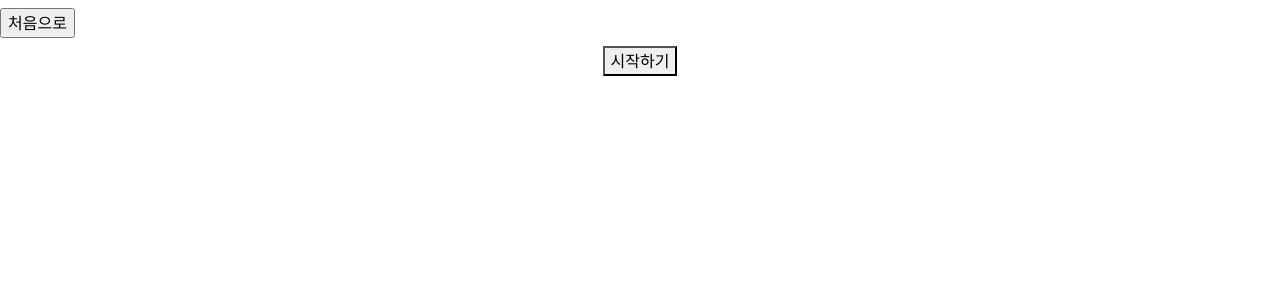
Repository: kokoko12334/myvocab-toy
Page: http://localhost/myVocabularyList/quiz
These files come from the project's save history. The page is drawn as it stood at one moment and after the next save; the edit follows.
The browser window is 1280 px wide. The pictures show the whole page.
The page is served by Tomcat 9. The session is filled in as if someone had signed in: {"id": 1, "pwd": 1, "list": 1}. Other server files are loaded and not shown. Queries for data that is not in the repository find no rows.

Above is the page before, as saved 2023-04-07 12:40:08.

### myVocabularyList/src/main/webapp/WEB-INF/views/myvocabulary/quiz.jsp
<%@ page language="java" contentType="text/html; charset=UTF-8"
    pageEncoding="UTF-8"%>
<%@ taglib prefix="c" uri = "http://java.sun.com/jsp/jstl/core" %>

<!DOCTYPE html>
<html>
<head>
<meta charset="UTF-8">
<title>quiz</title>
<link href="https://cdn.jsdelivr.net/npm/bootstrap@5.3.0-alpha3/dist/css/bootstrap.min.css" rel="stylesheet" integrity="sha384-KK94CHFLLe+nY2dmCWGMq91rCGa5gtU4mk92HdvYe+M/SXH301p5ILy+dN9+nJOZ" crossorigin="anonymous">


</head>

<body>
	<div class = "my-2">
		<form action = "/login" method = "post">
			<input type = "hidden" name = "id"  value = "${id}">
			<input type = "hidden" name = "pwd" value =  "${pwd}">
			<input type = submit value = "처음으로">
		</form>
	</div>

	<div id = "start" class="col text-center">
		<button onclick="start()">시작하기</button>
	</div>

	<div id = "quiz"  style = "display:none">

		<div class="col text-center">
			<button id = "eng" type="button" class="btn btn-primary"></button><br>
		</div>
		<div class="col text-center my-3">
			<button id = "op1" type="button" class="btn btn-outline-primary" onclick='next(this.id)'></button>
			<button id = "op2" type="button" class="btn btn-outline-primary" onclick='next(this.id)'></button>
			<button id = "op3" type="button" class="btn btn-outline-primary" onclick='next(this.id)'></button>
			<button id = "op4" type="button" class="btn btn-outline-primary" onclick='next(this.id)'></button>
		</div>
	</div>




	<div id = "end" style = "display:none">
		<div class="col text-center">
			<button type="button" class="btn btn-secondary btn-lg" onclick="location.href='/quiz?id=${param.id}&name=${param.name}'">재 시작</button>
		</div>
		<h3>결과</h3>
    <table class="table table-sm" id = "t">
        <colgroup>
            <col width=10%>
            <col width=20%>
            <col width=40%>
            <col width=30%>
        </colgroup>


        <tr>
            <th>-</th>
            <th>단어</th>
            <th>정답</th>
            <th>결과</th>
        </tr>




    </table>

	</div>


<script>
	function shuffle(array) {
	 array.sort(() => Math.random() - 0.5);
	}

	function random_quiz(arr){
 		//선택지 랜덤화
 		shuffle(arr);

 		var rand = {}
 		for(var i in arr){
 			var english = arr[i][0];
 			var korean = arr[i][1];




 			let difference = choose.filter(x => x !== korean);
 			var options = [korean];

 			while(difference.length > 4){
 				var movenum = difference.splice(Math.floor(Math.random() * difference.length),1)[0]
 				options.push(movenum)
 			}

 			rand[english] = options;
 		}

 	 return rand
 	}




 	var arr = new Array();
	var choose = new Array();
	var english = new Array();
 	const hash = {};
 	const score = {};
 	<c:forEach var = "w" items = "${list}" varStatus = "st">
 		arr.push(["${w[0]}","${w[1]}","${w[2]}"])
 		english.push("${w[0]}");
 		choose.push("${w[1]}");
 		hash["${w[0]}"] =  "${w[1]}"
 		score["${w[0]}"] = 0
 	</c:forEach>





 	const rand = random_quiz(arr);
 	shuffle(english);
 	console.log(english);
 	console.log(rand);


 	var idx = 0;

 	function start(){
 		document.getElementById("quiz").style.display ="";
 		document.getElementById("start").style.display ="none";

 		var e = english[idx];
 		var op_arr = rand[e];
 		shuffle(op_arr);
 		console.log(op_arr)
 		var option1 = op_arr[0]
 		var option2 = op_arr[1]
 		var option3 = op_arr[2]
 		var option4 = op_arr[3]
 		document.getElementById("eng").innerHTML=e;
 		document.getElementById("op1").innerHTML=option1;
 		document.getElementById("op2").innerHTML=option2;
 		document.getElementById("op3").innerHTML=option3;
 		document.getElementById("op4").innerHTML=option4;

 	}




	function next(op_id){

		var e = document.getElementById("eng").innerText;
		var k = document.getElementById(op_id).innerText;

		var correct = hash[e];

		if(k == correct){
			alert("맞았다!");
			score[e] += 1
			console.log(score[e])
		}else{
			alert("틀렸다...");
		}





		let table_tag = document.getElementById('t');

		let tr_tag = document.createElement('tr');
		table_tag.appendChild(tr_tag);
		if(score[e] == 1){
			var r = "맞춤"
		}else{ var r = "틀림"}

		var arr2 = [idx+1,e,correct, r];
		for(var i=0; i<4; i++){
			let td_tag = document.createElement('td');
			td_tag.innerHTML = arr2[i];
			if(r =="틀림"){
				td_tag.style.backgroundColor = '#F06E6E';
			}
			tr_tag.appendChild(td_tag);
		}




		idx += 1
 		if(idx < arr.length){

 			var e = english[idx];
 	 		var op_arr = rand[e];
 	 		shuffle(op_arr);
 	 		console.log(op_arr)
 	 		var option1 = op_arr[0]
 	 		var option2 = op_arr[1]
 	 		var option3 = op_arr[2]
 	 		var option4 = op_arr[3]
 	 		document.getElementById("eng").innerHTML=e;
 	 		document.getElementById("op1").innerHTML=option1;
 	 		document.getElementById("op2").innerHTML=option2;
 	 		document.getElementById("op3").innerHTML=option3;
 	 		document.getElementById("op4").innerHTML=option4;

 		}else{
 			document.getElementById("end").style.display ="";
 			document.getElementById("quiz").style.display ="none";




 		}


 	};




</script>





</html>

### myVocabularyList/src/main/java/com/ko/web/controller/QuizController.java
package com.ko.web.controller;

import java.io.IOException;
import java.sql.SQLException;
import java.util.List;

import javax.servlet.ServletException;
import javax.servlet.annotation.WebServlet;
import javax.servlet.http.HttpServlet;
import javax.servlet.http.HttpServletRequest;
import javax.servlet.http.HttpServletResponse;

import com.ko.web.service.WordsService;


@WebServlet("/quiz")
public class QuizController extends HttpServlet {



	@Override
	protected void doGet(HttpServletRequest req, HttpServletResponse resp) throws ServletException, IOException {

		String id = req.getParameter("id");
		String vocabName = req.getParameter("name");


		WordsService svc = new WordsService();


		try {

			List<List<String>> list = svc.getwords(id, vocabName);
			req.setAttribute("list", list);
			req.getRequestDispatcher("/WEB-INF/views/myvocabulary/quiz.jsp").forward(req, resp);

		} catch (ClassNotFoundException e) {

			e.printStackTrace();
		} catch (SQLException e) {

			e.printStackTrace();
		}












	}

}

### myVocabularyList/src/main/java/com/ko/web/service/WordsService.java
package com.ko.web.service;

import java.sql.Connection;
import java.sql.DriverManager;
import java.sql.PreparedStatement;
import java.sql.ResultSet;
import java.sql.SQLException;
import java.util.ArrayList;
import java.util.HashMap;
import java.util.List;

import com.ko.web.entity.WordsDto;
import com.mysql.cj.protocol.Resultset;

public class WordsService {
	String driver = "com.mysql.cj.jdbc.Driver";
	String url = "jdbc:mysql://localhost:3306/myvocab";
	String user = "test";
	String password = "1234";


	public int insert(WordsDto dto) throws ClassNotFoundException, SQLException {

		String id = dto.getId();
		String vocabName = dto.getVocabName();
		String english = dto.getEnglish();
		String korean = dto.getKorean();

		// 중복 단어 체크
		List<List<String>> list = new ArrayList<>();

		list = getwords(id, vocabName);

		for(List<String> i: list) {

			String check = i.get(0);

			if(check.equals(english)) {
				return -1;
			}

		}


		Class.forName(driver);

		Connection con = DriverManager.getConnection(url, user,password);

		String sql = "INSERT INTO words(id, vocab_name, english, korean) VALUES(?,?,?,?)";

		PreparedStatement psmt = con.prepareStatement(sql);

		psmt.setString(1, id);
		psmt.setString(2, vocabName);
		psmt.setString(3, english);
		psmt.setString(4, korean);



		int result = psmt.executeUpdate();


		psmt.close();
		con.close();


		return result;
	}


	public List<List<String>> getwords(String id, String vocabName) throws ClassNotFoundException, SQLException{

		String english;
		String korean;
		String score;

		Class.forName(driver);

		Connection con = DriverManager.getConnection(url, user,password);

		String sql = "SELECT english, korean, score FROM words WHERE id = ? AND vocab_name = ?";

		PreparedStatement psmt = con.prepareStatement(sql);

		psmt.setString(1, id);
		psmt.setString(2, vocabName);


		ResultSet rs = psmt.executeQuery();


		List<List<String>> list = new ArrayList<>();

		while(rs.next()) {

			List<String> words = new ArrayList<>();

			english = rs.getString("english");
			korean = rs.getString("korean");
			score = rs.getString("score");

			words.add(english);
			words.add(korean);
			words.add(score);

			list.add(words);
		}

		rs.close();
		psmt.close();
		con.close();


		return list;
	}

	public int deleteWord(WordsDto dto) throws ClassNotFoundException, SQLException {

		String id = dto.getId();
		String vocabName = dto.getVocabName();
		String english = dto.getEnglish();
		String korean = dto.getKorean();

		Class.forName(driver);

		Connection con = DriverManager.getConnection(url, user,password);

		String sql = "DELETE FROM words WHERE id = ? AND vocab_name = ? AND english = ? AND korean = ?";

		PreparedStatement psmt = con.prepareStatement(sql);

		psmt.setString(1, id);
		psmt.setString(2, vocabName);
		psmt.setString(3, english);
		psmt.setString(4, korean);

		int result = psmt.executeUpdate();


		psmt.close();
		con.close();

		return result;
	}


	public int updateWord(WordsDto dto, String changedEnglish, String changedKorean) throws ClassNotFoundException, SQLException {


		String id = dto.getId();
		String vocabName = dto.getVocabName();
		String english = dto.getEnglish();

		Class.forName(driver);

		Connection con = DriverManager.getConnection(url, user,password);

		String sql = "UPDATE words SET english = ?, korean = ? WHERE id = ? AND vocab_name= ? AND english = ?";

		PreparedStatement psmt = con.prepareStatement(sql);

		psmt.setString(1, changedEnglish);
		psmt.setString(2, changedKorean);
		psmt.setString(3, id);
		psmt.setString(4, vocabName);
		psmt.setString(5, english);



		int result = psmt.executeUpdate();


		psmt.close();
		con.close();


		return result;


	}
}

After the next save:
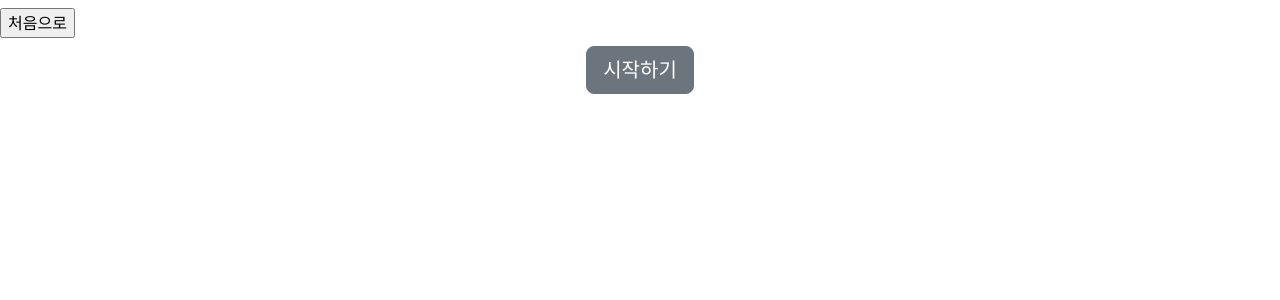
Saved 104 s later.
--- a/myVocabularyList/src/main/webapp/WEB-INF/views/myvocabulary/quiz.jsp
+++ b/myVocabularyList/src/main/webapp/WEB-INF/views/myvocabulary/quiz.jsp
@@ -22,7 +22,7 @@
 	</div>
 
 	<div id = "start" class="col text-center">
-		<button onclick="start()">시작하기</button>
+		<button class="btn btn-secondary btn-lg" onclick="start()">시작하기</button>
 	</div>
 
 	<div id = "quiz"  style = "display:none">
